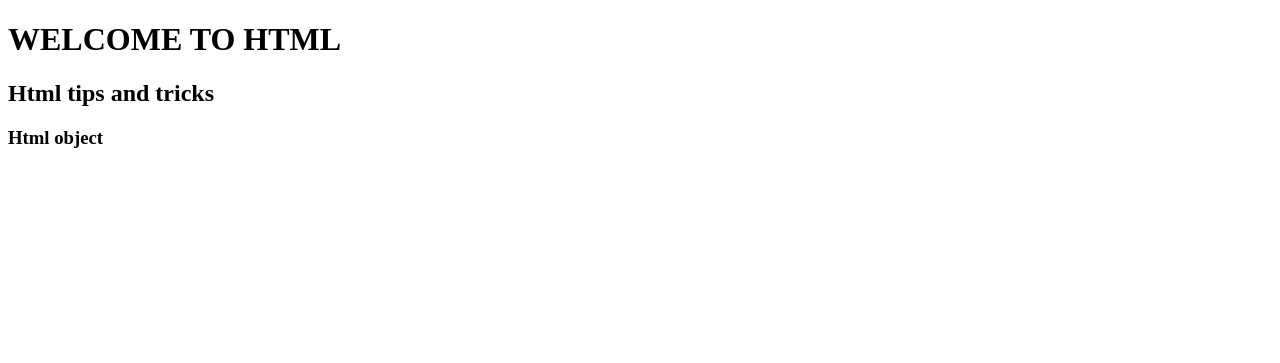
Repository: mirambialex/MYFIRSTREPOR
Page: test.html
The author's editor kept a copy of each file at every save. The page is drawn from the files as they stood at one save, then again after a run of saves.
The browser window is 1280 px wide. The pictures show the whole page.

Above is the page before, as saved 2024-03-29 09:52:45.

### test.html
<!DOCTYPE html>
<html lang="en">
<head>
    <meta charset="UTF-8">
    <meta name="viewport" content="width=, initial-scale=1.0">
    <title>Document</title>
</head>
<body>
 <div class="alex">
    <p>
        <h1>WELCOME TO HTML</h1>
    </p>
 </div>
 <DIV class="HEADER">
    <P>
        <H2>Html tips and tricks</H2>
    </P>
 </DIV>
 <div class="title">
    <p>
        <h3>Html object
        </h3>
    </p>
 </div>
</body>
</html>

After the next 2 saves:
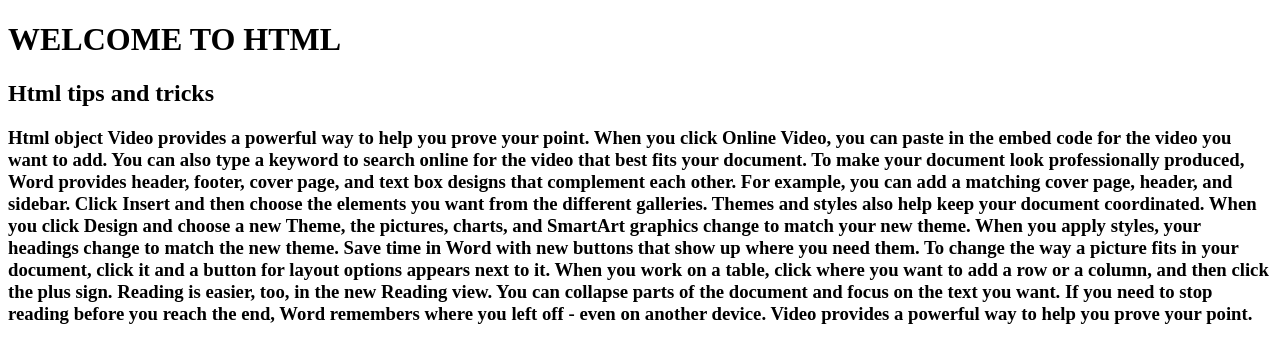
The 2 saves are shown as one change because they came seconds apart.
The last was saved 6 min 45 s later.
--- a/test.html
+++ b/test.html
@@ -19,6 +19,11 @@
  <div class="title">
     <p>
         <h3>Html object
+            Video provides a powerful way to help you prove your point. When you click Online Video, you can paste in the embed code for the video you want to add. You can also type a keyword to search online for the video that best fits your document. To make your document look professionally produced, Word provides header, footer, cover page, and text box designs that complement each other.
+For example, you can add a matching cover page, header, and sidebar. Click Insert and then choose the elements you want from the different galleries. Themes and styles also help keep your document coordinated. When you click Design and choose a new Theme, the pictures, charts, and SmartArt graphics change to match your new theme.
+When you apply styles, your headings change to match the new theme. Save time in Word with new buttons that show up where you need them. To change the way a picture fits in your document, click it and a button for layout options appears next to it. When you work on a table, click where you want to add a row or a column, and then click the plus sign.
+Reading is easier, too, in the new Reading view. You can collapse parts of the document and focus on the text you want. If you need to stop reading before you reach the end, Word remembers where you left off - even on another device. Video provides a powerful way to help you prove your point.
+
         </h3>
     </p>
  </div>
